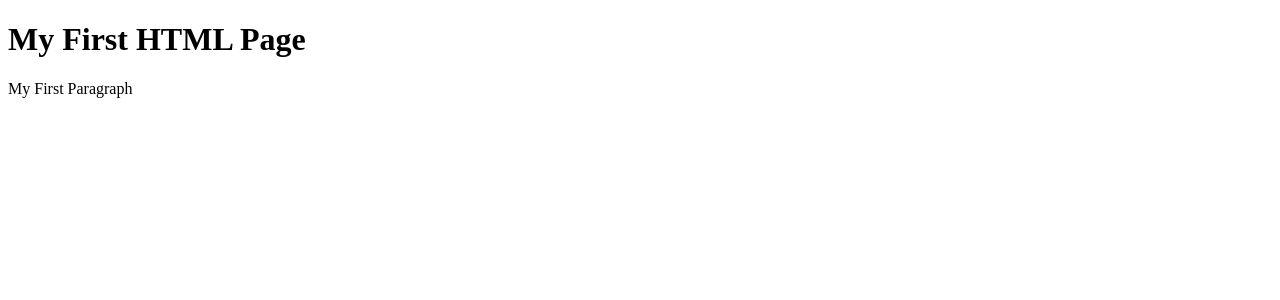
Repository: cjaymoni/FE_Submission02
Page: index.html
These files come from the project's save history. The page is drawn as it stood at one moment and after the next save; the edit follows.
The browser window is 1280 px wide. The pictures show the whole page.

Above is the page before, as saved 2022-09-29 10:03:50.

After the next save:
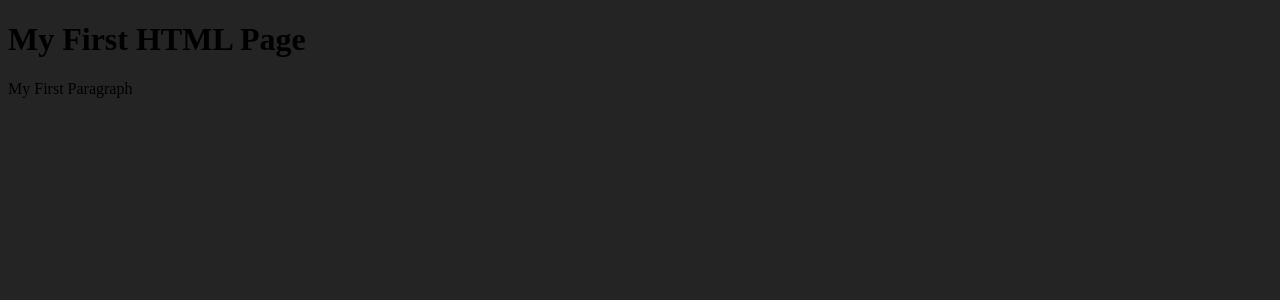
Saved 24 s later.
--- a/index.html
+++ b/index.html
@@ -4,6 +4,7 @@
     <meta charset="utf-8" />
     <meta name="viewport" content="width=device-width, initial-scale=1.0" />
     <link rel="icon" type="image/svg+xml" href="assets/Freddys_Logo.svg" />
+    <link rel="stylesheet" href="css/styles.css" />
     <title>Freddy's Shop</title>
   </head>
   <body>
